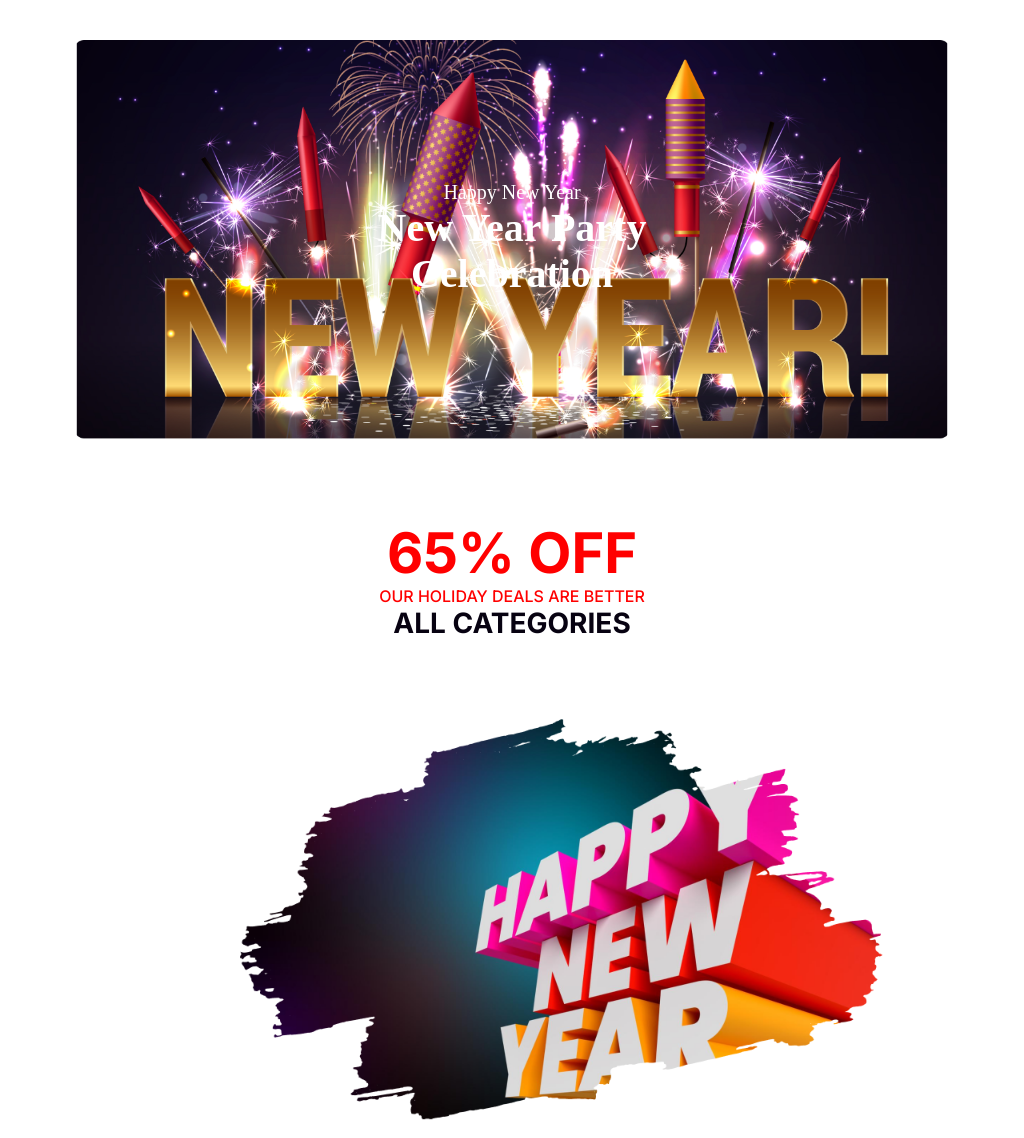
Repository: sumonkumarsarkar/new-year-2024
Page: index.html
These files come from the project's save history. The page is drawn as it stood at one moment and after the next save; the edit follows.
The browser window is 1280 px wide. The pictures show the whole page, at 80% of full size.

Above is the page before, as saved 2024-01-08 10:37:12.

After the next save:
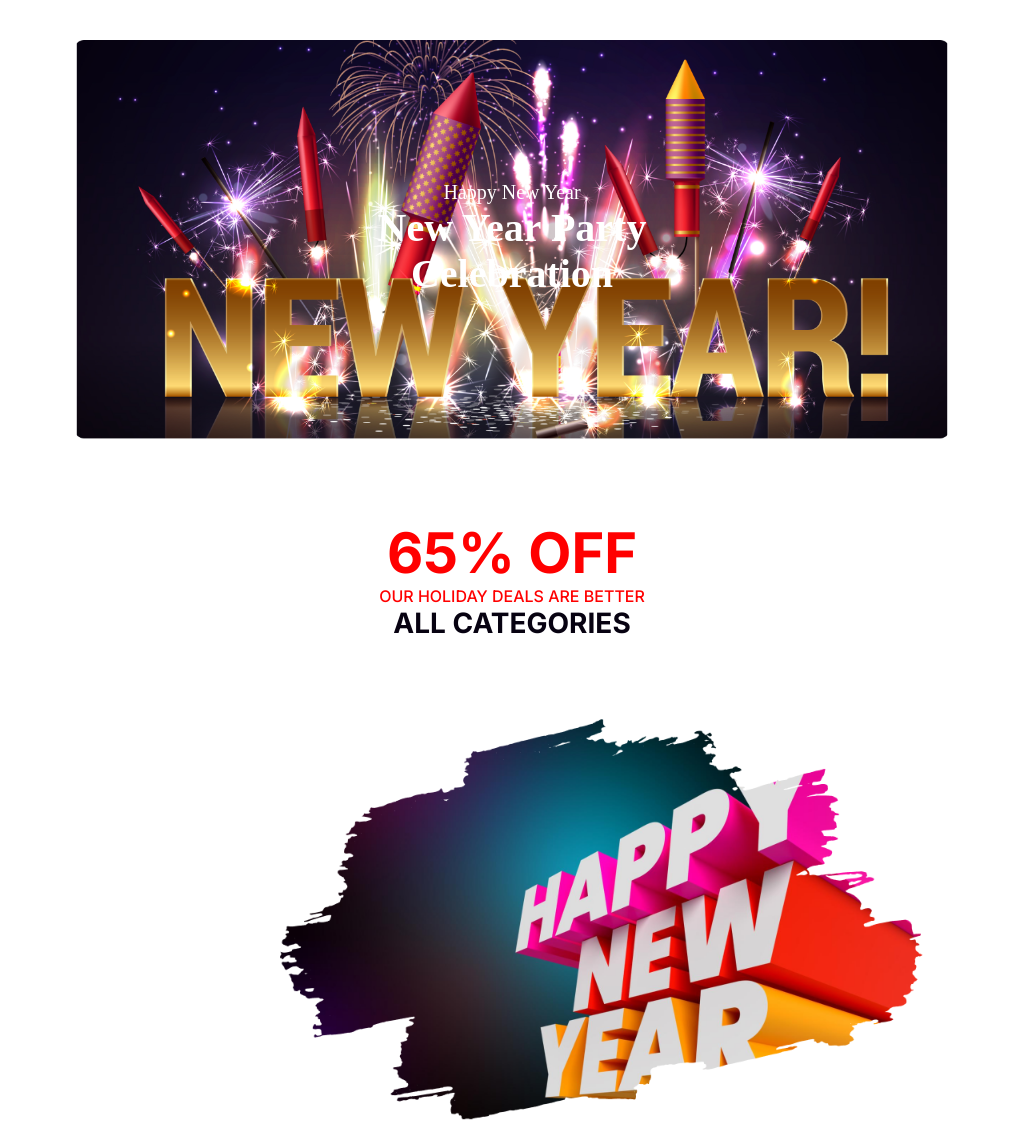
Saved 34 s later.
--- a/style.css
+++ b/style.css
@@ -50,7 +50,7 @@ body{
 /* holiday -section start  */
 .container-holiday{
     width: 85%;
-    max-width:680px;
+    max-width:580px;
     margin: 0 auto;
 }
 .holiday-text{
